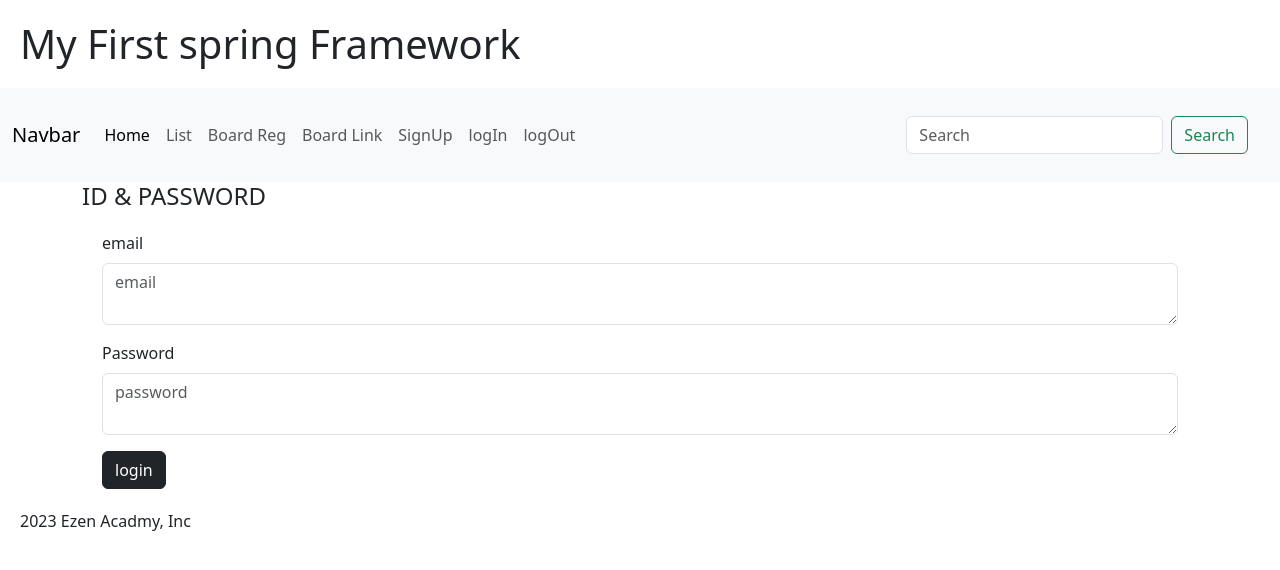
Repository: fbsrb458/link
Page: http://localhost/springProject/WEB-INF/views/member/login.jsp
These files come from the project's save history. The page is drawn as it stood at one moment and after the next save; the edit follows.
The browser window is 1280 px wide. The pictures show the whole page.
The page is served by Tomcat 9. Nobody is signed in. The template is opened directly, without the code that normally fills it, so the values that code supplies are empty.

Above is the page before, as saved 2023-10-30 10:29:54.

After the next save:
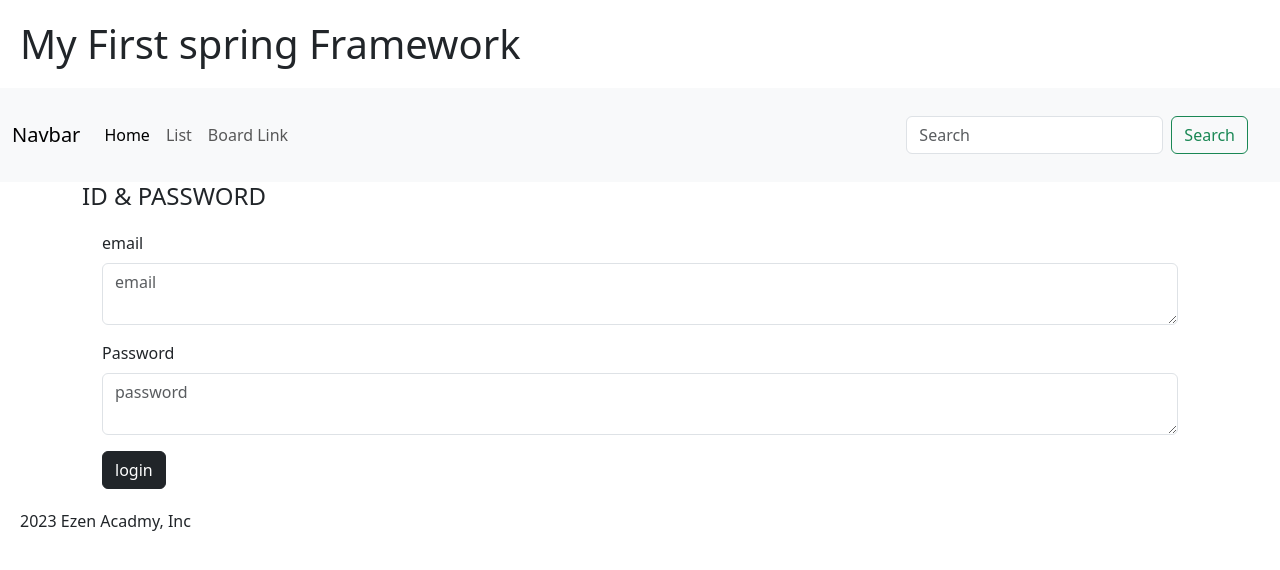
Saved 4 min 4 s later.
--- a/springProject/src/main/webapp/WEB-INF/views/common/nav.jsp
+++ b/springProject/src/main/webapp/WEB-INF/views/common/nav.jsp
@@ -25,14 +25,25 @@
         <li class="nav-item">
           <a class="nav-link" href="/board/list">List</a>
         </li>
-        	<!-- 로그인해야 open 되는 메뉴들... -->
+
+        <li class="nav-item">
+          <a class="nav-link" href="#">Board Link</a>
+        </li>
+        <sec:authorize access="isAuthenticated()"> <!-- authorize :   isAuthenticated : 자기 권한에 맞게 따라간다.-->
+        <!-- 현재 인증한 사용자의 정보를 가져와서 해당 권한이 있는 케이스를 open  -->
+
+
+        <!-- 로그인해야 open 되는 메뉴들... -->
   		 <li class="nav-item">
           <a class="nav-link" href="/board/register">Board Reg</a>
         </li>
 
         <li class="nav-item">
-          <a class="nav-link" href="#">Board Link</a>
+          <a class="nav-link" href="/member/logout">logOut</a>
         </li>
+
+
+
 
          <li class="nav-item">
           <a class="nav-link" href="/member/register">SignUp</a>
@@ -42,13 +53,9 @@
           <a class="nav-link" href="/member/login">logIn</a>
         </li>
 
-        <li class="nav-item">
-          <a class="nav-link" href="/member/logout">logOut</a>
-        </li>
 
 
-
-
+        </sec:authorize>
 
       </ul>
       <form class="d-flex" role="search">
